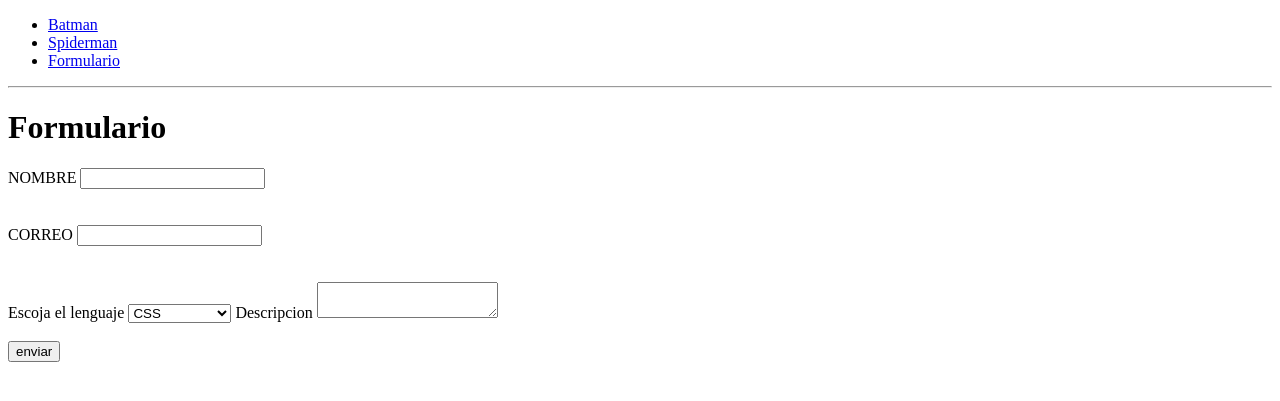
Repository: Arito05/Mi-primer-Repositorio
Page: dia1/formulario.html
These files come from the project's save history. The page is drawn as it stood at one moment and after the next save; the edit follows.
The browser window is 1280 px wide. The pictures show the whole page.

Above is the page before, as saved 2024-07-18 12:24:15.

### dia1/formulario.html
<!DOCTYPE html>
<html lang="en">
  <head>
    <meta charset="UTF-8" />
    <meta name="viewport" content="width=device-width, initial-scale=1.0" />
    <title>Formulario</title>
  </head>
  <body>
    <ul>
      <li><a href="intex.html">Batman</a></li>
      <li><a href="intex2.html">Spiderman</a></li>
      <li><a href="formulario.html">Formulario</a></li>
    </ul>
    <hr />
    <h1>Formulario</h1>

    <form>
      <label for="nombre">NOMBRE</label>
      <input
        type="text"
        name="nombre"
        id="nombre"
        style="color: blue"
      /><br /><br /><br />
      <label>CORREO</label>
      <input type="email" name="email" /> <br /><br /><br />

      <label>Escoja el lenguaje</label>
      <select>
        <option>CSS</option>
        <option>HTML</option>
        <option>JAVASCRIPT</option>
      </select>
      <labe>Descripcion</labe>
      <textarea></textarea> <br /><br />
      <input type="submit" value="enviar" />
    </form>
  </body>
</html>

After the next save:
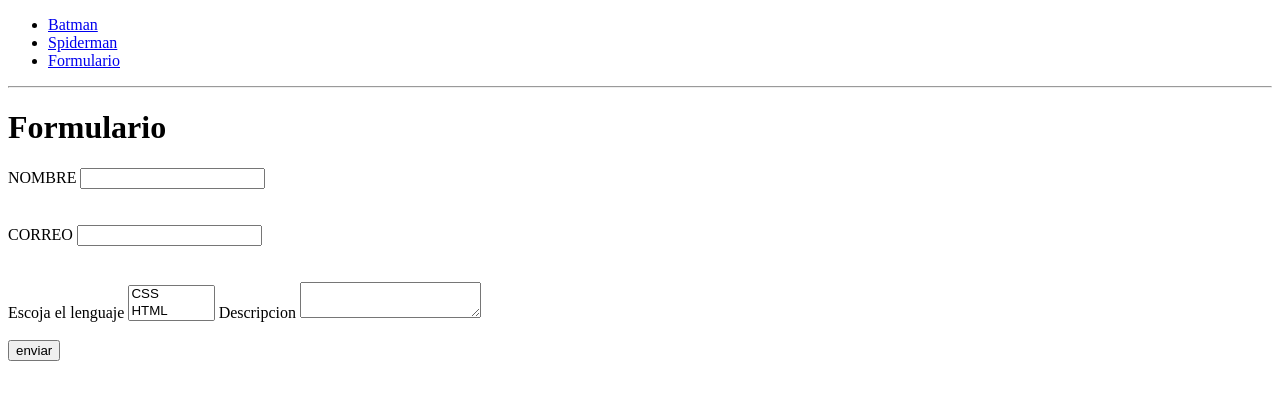
Saved 70 min 35 s later.
--- a/dia1/formulario.html
+++ b/dia1/formulario.html
@@ -25,8 +25,8 @@
       <label>CORREO</label>
       <input type="email" name="email" /> <br /><br /><br />
 
-      <label>Escoja el lenguaje</label>
-      <select>
+      <label for="lenguaje">Escoja el lenguaje</label>
+      <select id="lenguaje" name="lenguaje" size="2">
         <option>CSS</option>
         <option>HTML</option>
         <option>JAVASCRIPT</option>
